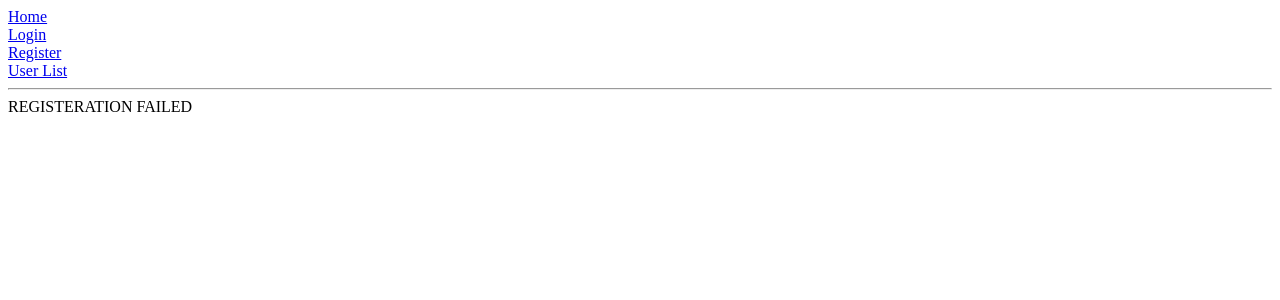
Repository: Kaustubh-Kallianpur/Practise-Programs
Page: http://localhost/pureJDBC/Register
An editor plug-in stored every save of this project. The page is shown before and after the next save, followed by the edit.
The browser window is 1280 px wide. The pictures show the whole page.
The page is served by Tomcat 9. Queries for data that is not in the repository find no rows.

Above is the page before, as saved 2017-04-06 09:08:21.

After the next save:
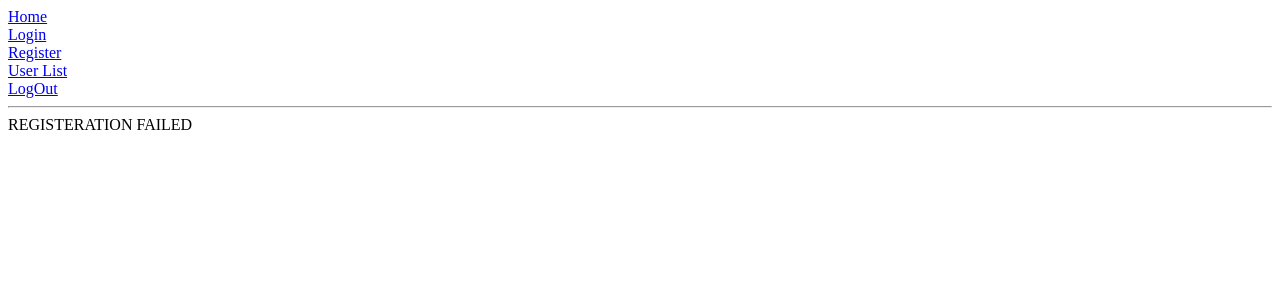
Saved 33 s later.
--- a/pureJDBC/WebContent/index.jsp
+++ b/pureJDBC/WebContent/index.jsp
@@ -12,6 +12,7 @@
 	<a href="login.jsp">Login</a><br>
 	<a href="register.jsp">Register</a><br>
 	<a href="users.jsp">User List</a><br>
+	<a href="Logout">LogOut</a>
 	<c:if test="${LogIn} == 'true'"><a href="Logout">Logout</a></c:if>
 <hr>
 ${success}<br>
